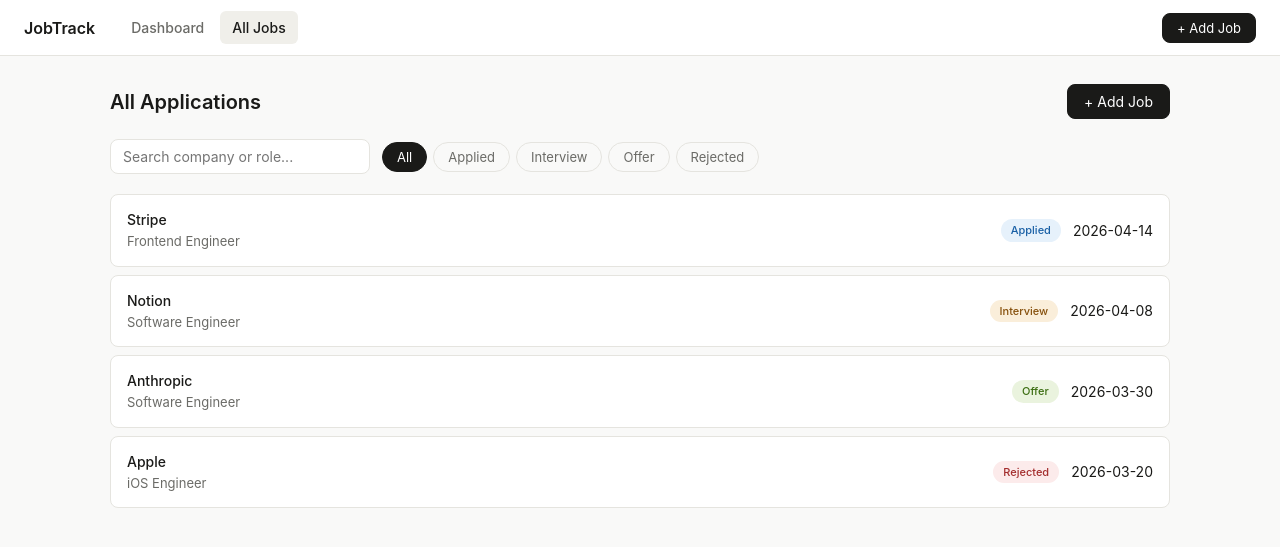
Repository: adtm0/jobtracker
Page: /jobs (app in frontend/)
An editor plug-in stored every save of this project. The page is shown before and after a run of saves, followed by the edit.
The browser window is 1280 px wide. The pictures show the whole page.
The project was rebuilt for these pictures with package versions that can differ from the ones it lists, and the page was loaded fresh each time. Also part of the build but not shown: frontend/vite.config.js, frontend/src/pages/Login.jsx, frontend/src/pages/Register.jsx, frontend/src/pages/Dashboard.jsx, frontend/src/pages/JobForm.jsx.

Above is the page before, as saved 2026-04-19 20:26:07.

After the next 2 saves:
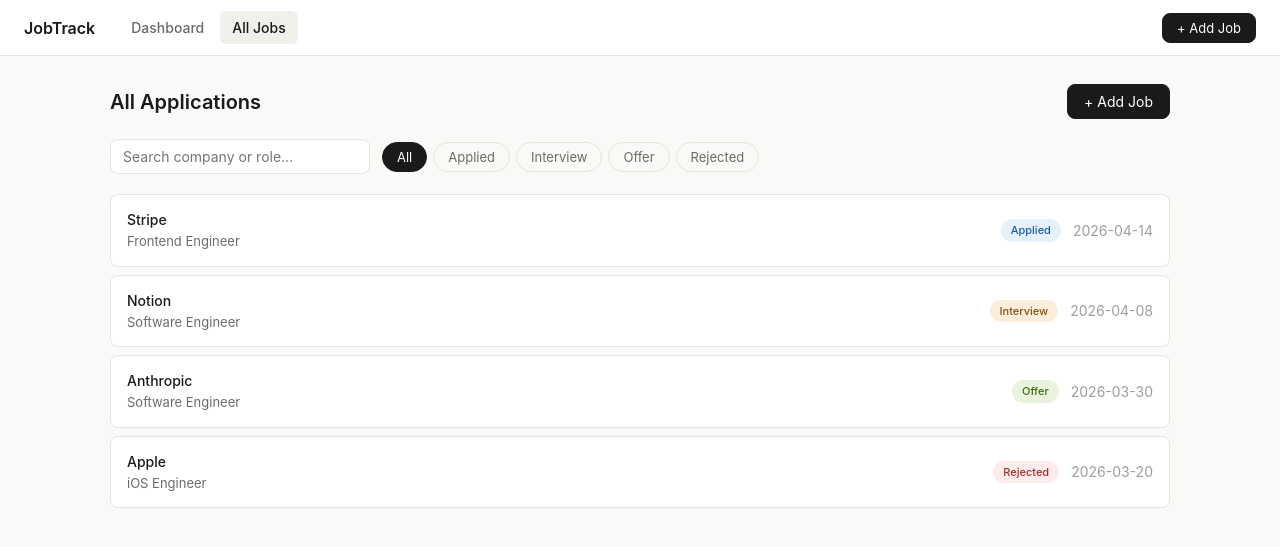
The 2 saves are shown as one change because 1 did not build or start.
The last was saved 13 s later.
--- a/frontend/src/pages/Jobs.jsx
+++ b/frontend/src/pages/Jobs.jsx
@@ -150,7 +150,7 @@
               }}>
                 {job.status.charAt(0).toUpperCase() + job.status.slice(1)}
               </span>
-              <span>{job.date_applied}</span>
+              <span style={{color: '#9d9d99'}}>{job.date_applied}</span>
             </div>
           ))}
         </div>
